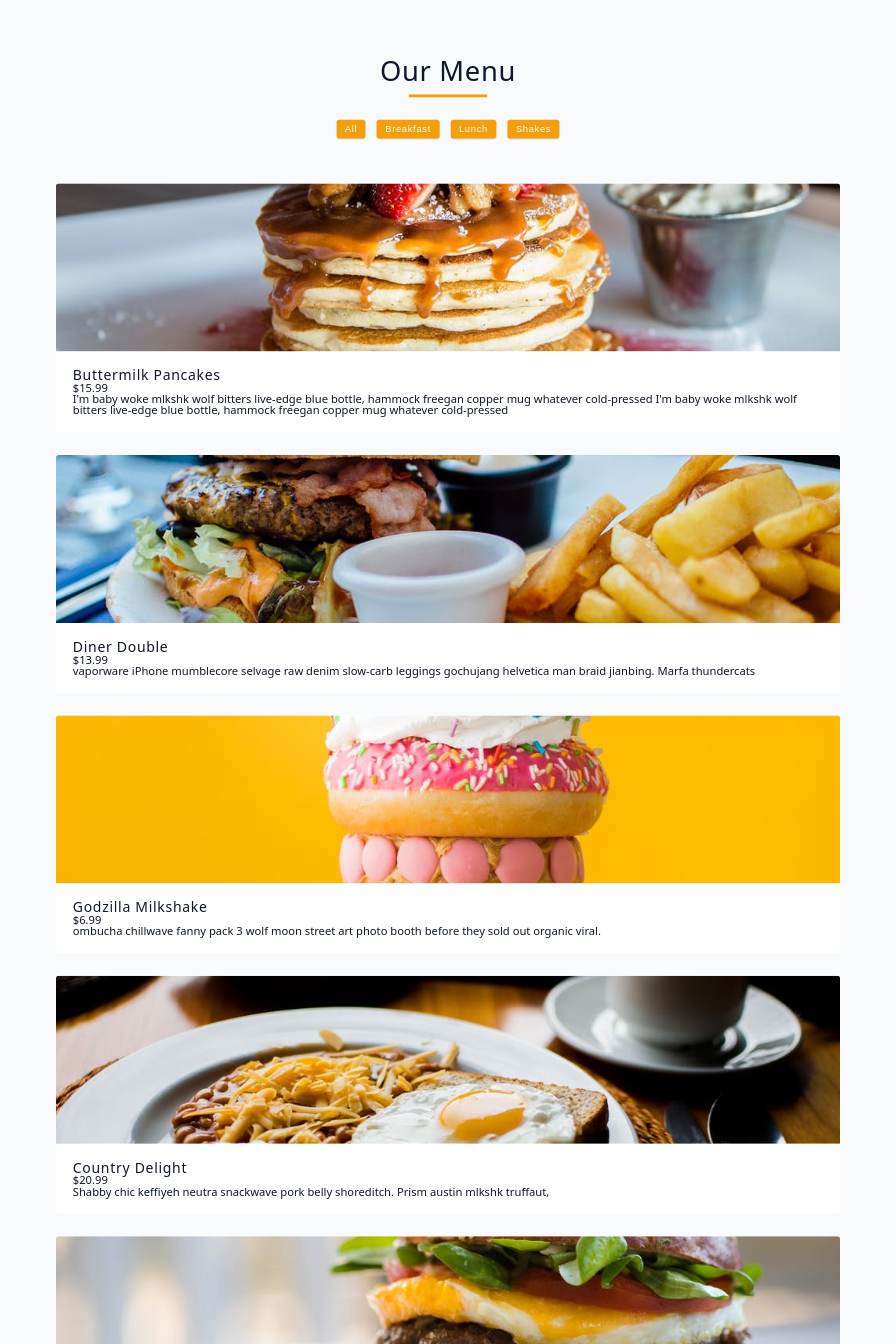
Repository: dydals3440/React-Projects
Page: / (app in 04-fundamental-projects/05-menu/starter/)
These files come from the project's save history. The page is drawn as it stood at one moment and after a run of saves; the edit follows.
The browser window is 1280 px wide. The pictures show the part of the page from y = 0 to 1920 px (the page is 3674 px tall before and 3530 px after), at 70% of full size.
The project was rebuilt for these pictures with package versions that can differ from the ones it lists, and the page was loaded fresh each time. Also part of the build but not shown: 04-fundamental-projects/05-menu/starter/vite.config.js.

Above is the page before, as saved 2023-09-07 13:57:49.

### 04-fundamental-projects/05-menu/starter/src/App.jsx
import { useState } from 'react';
import Title from './Title';
import menu from './data';
import Menu from './Menu';
import Categories from './Categories';

// const tempCategories = menu.map((item) => item.category);
// // 중복된 카테고리를 제외!
// const tempSet = new Set(tempCategories);
// const tempItems = ['all', ...tempSet];
// console.log(tempItems);

const allCategories = ['all', ...new Set(menu.map((item) => item.category))];

const App = () => {
  const [menuItems, setMenuItems] = useState(menu);
  const [categories, setCategories] = useState(allCategories);
  const filterItems = (category) => {
    if (category === 'all') {
      setMenuItems(menu);
      return;
    }
    const newItems = menu.filter((item) => item.category === category);
    setMenuItems(newItems);
  };

  return (
    <main>
      <section className='menu'>
        <Title text='our menu' />
        <Categories categories={categories} filterItems={filterItems} />
        <Menu items={menuItems} />
      </section>
    </main>
  );
};
export default App;

### 04-fundamental-projects/05-menu/starter/src/index.css
/* ============= GLOBAL CSS =============== */

*,
::after,
::before {
  margin: 0;
  padding: 0;
  box-sizing: border-box;
}

html {
  font-size: 100%;
} /*16px*/

:root {
  /* colors */
  --primary-100: #fef3c7;
  --primary-200: #fde68a;
  --primary-300: #fcd34d;
  --primary-400: #fbbf24;
  --primary-500: #f59e0b;
  --primary-600: #d97706;
  --primary-700: #b45309;
  --primary-800: #92400e;
  --primary-900: #78350f;

  /* grey */
  --grey-50: #f8fafc;
  --grey-100: #f1f5f9;
  --grey-200: #e2e8f0;
  --grey-300: #cbd5e1;
  --grey-400: #94a3b8;
  --grey-500: #64748b;
  --grey-600: #475569;
  --grey-700: #334155;
  --grey-800: #1e293b;
  --grey-900: #0f172a;
  /* rest of the colors */
  --black: #222;
  --white: #fff;
  --red-light: #f8d7da;
  --red-dark: #842029;
  --green-light: #d1e7dd;
  --green-dark: #0f5132;

  --small-text: 0.875rem;
  --extra-small-text: 0.7em;
  /* rest of the vars */
  --backgroundColor: var(--grey-50);
  --textColor: var(--grey-900);
  --borderRadius: 0.25rem;
  --letterSpacing: 1px;
  --transition: 0.3s ease-in-out all;
  --max-width: 1120px;
  --fixed-width: 600px;

  /* box shadow*/
  --shadow-1: 0 1px 3px 0 rgba(0, 0, 0, 0.1), 0 1px 2px 0 rgba(0, 0, 0, 0.06);
  --shadow-2: 0 4px 6px -1px rgba(0, 0, 0, 0.1),
    0 2px 4px -1px rgba(0, 0, 0, 0.06);
  --shadow-3: 0 10px 15px -3px rgba(0, 0, 0, 0.1),
    0 4px 6px -2px rgba(0, 0, 0, 0.05);
  --shadow-4: 0 20px 25px -5px rgba(0, 0, 0, 0.1),
    0 10px 10px -5px rgba(0, 0, 0, 0.04);
}

body {
  background: var(--backgroundColor);
  font-family: system-ui, -apple-system, BlinkMacSystemFont, 'Segoe UI', Roboto,
    Oxygen, Ubuntu, Cantarell, 'Open Sans', 'Helvetica Neue', sans-serif;
  font-weight: 400;
  line-height: 1;
  color: var(--textColor);
}
p {
  margin: 0;
}
h1,
h2,
h3,
h4,
h5 {
  margin: 0;
  font-family: var(--headingFont);
  font-weight: 400;
  line-height: 1;
  text-transform: capitalize;
  letter-spacing: var(--letterSpacing);
}

h1 {
  font-size: 3.052rem;
}

h2 {
  font-size: 2.441rem;
}

h3 {
  font-size: 1.953rem;
}

h4 {
  font-size: 1.563rem;
}

h5 {
  font-size: 1.25rem;
}

.text {
  margin-bottom: 1.5rem;
  max-width: 40em;
}

small,
.text-small {
  font-size: var(--small-text);
}

a {
  text-decoration: none;
}
ul {
  list-style-type: none;
  padding: 0;
}

.img {
  width: 100%;
  display: block;
  object-fit: cover;
}
/* buttons */

.btn {
  cursor: pointer;
  color: var(--white);
  background: var(--primary-500);
  border: transparent;
  border-radius: var(--borderRadius);
  letter-spacing: var(--letterSpacing);
  padding: 0.375rem 0.75rem;
  box-shadow: var(--shadow-1);
  transition: var(--transition);
  text-transform: capitalize;
  display: inline-block;
}
.btn:hover {
  background: var(--primary-700);
  box-shadow: var(--shadow-3);
}
.btn-hipster {
  color: var(--primary-500);
  background: var(--primary-200);
}
.btn-hipster:hover {
  color: var(--primary-200);
  background: var(--primary-700);
}
.btn-block {
  width: 100%;
}

/* alerts */
.alert {
  padding: 0.375rem 0.75rem;
  margin-bottom: 1rem;
  border-color: transparent;
  border-radius: var(--borderRadius);
}

.alert-danger {
  color: var(--red-dark);
  background: var(--red-light);
}
.alert-success {
  color: var(--green-dark);
  background: var(--green-light);
}
/* form */

.form {
  width: 90vw;
  max-width: var(--fixed-width);
  background: var(--white);
  border-radius: var(--borderRadius);
  box-shadow: var(--shadow-2);
  padding: 2rem 2.5rem;
  margin: 3rem auto;
}
.form-label {
  display: block;
  font-size: var(--small-text);
  margin-bottom: 0.5rem;
  text-transform: capitalize;
  letter-spacing: var(--letterSpacing);
}
.form-input,
.form-textarea {
  width: 100%;
  padding: 0.375rem 0.75rem;
  border-radius: var(--borderRadius);
  background: var(--backgroundColor);
  border: 1px solid var(--grey-200);
}

.form-row {
  margin-bottom: 1rem;
}

.form-textarea {
  height: 7rem;
}
::placeholder {
  font-family: inherit;
  color: var(--grey-400);
}
.form-alert {
  color: var(--red-dark);
  letter-spacing: var(--letterSpacing);
  text-transform: capitalize;
}
/* alert */

@keyframes spinner {
  to {
    transform: rotate(360deg);
  }
}

.loading {
  width: 6rem;
  height: 6rem;
  border: 5px solid var(--grey-400);
  border-radius: 50%;
  border-top-color: var(--primary-500);
  animation: spinner 0.6s linear infinite;
  margin: 0 auto;
}

/* title */

.title {
  text-align: center;
}

.title-underline {
  background: var(--primary-500);
  width: 7rem;
  height: 0.25rem;
  margin: 0 auto;
  margin-top: 1rem;
}
/* ============= PROJECT CSS =============== */
.menu {
  padding: 5rem 0;
}

.btn-container {
  margin: 2rem 0 4rem 0;
  display: flex;
  justify-content: center;
  flex-wrap: wrap;
  gap: 1rem;
}

.section-center {
  width: 90vw;
  margin: 0 auto;
  max-width: var(--max-width);
  display: grid;
  gap: 2rem;
}

.menu-item {
  background: var(--white);
  border-radius: var(--borderRadius);
}

.menu-item .img {
  height: 15rem;
  border-top-right-radius: var(--borderRadius);
  border-top-left-radius: var(--borderRadius);
}

.item-info {
  padding: 1.5rem;
}

### 04-fundamental-projects/05-menu/starter/src/Title.jsx
function Title({ text }) {
  return (
    <div className='title'>
      <h2>{text || 'Default Title'}</h2>
      <div className='title-underline'></div>
    </div>
  );
}

export default Title;

### 04-fundamental-projects/05-menu/starter/src/data.js
const menu = [
  {
    id: 1,
    title: 'buttermilk pancakes',
    category: 'breakfast',
    price: 15.99,
    img: '/images/item-1.jpeg',
    desc: `I'm baby woke mlkshk wolf bitters live-edge blue bottle, hammock freegan copper mug whatever cold-pressed I'm baby woke mlkshk wolf bitters live-edge blue bottle, hammock freegan copper mug whatever cold-pressed `,
  },
  {
    id: 2,
    title: 'diner double',
    category: 'lunch',
    price: 13.99,
    img: '/images/item-2.jpeg',
    desc: `vaporware iPhone mumblecore selvage raw denim slow-carb leggings gochujang helvetica man braid jianbing. Marfa thundercats `,
  },
  {
    id: 3,
    title: 'godzilla milkshake',
    category: 'shakes',
    price: 6.99,
    img: '/images/item-3.jpeg',
    desc: `ombucha chillwave fanny pack 3 wolf moon street art photo booth before they sold out organic viral.`,
  },
  {
    id: 4,
    title: 'country delight',
    category: 'breakfast',
    price: 20.99,
    img: '/images/item-4.jpeg',
    desc: `Shabby chic keffiyeh neutra snackwave pork belly shoreditch. Prism austin mlkshk truffaut, `,
  },
  {
    id: 5,
    title: 'egg attack',
    category: 'lunch',
    price: 22.99,
    img: '/images/item-5.jpeg',
    desc: `franzen vegan pabst bicycle rights kickstarter pinterest meditation farm-to-table 90's pop-up `,
  },
  {
    id: 6,
    title: 'oreo dream',
    category: 'shakes',
    price: 18.99,
    img: '/images/item-6.jpeg',
    desc: `Portland chicharrones ethical edison bulb, palo santo craft beer chia heirloom iPhone everyday`,
  },
  {
    id: 7,
    title: 'bacon overflow',
    category: 'breakfast',
    price: 8.99,
    img: '/images/item-7.jpeg',
    desc: `carry jianbing normcore freegan. Viral single-origin coffee live-edge, pork belly cloud bread iceland put a bird `,
  },
  {
    id: 8,
    title: 'american classic',
    category: 'lunch',
    price: 12.99,
    img: '/images/item-8.jpeg',
    desc: `on it tumblr kickstarter thundercats migas everyday carry squid palo santo leggings. Food truck truffaut  `,
  },
  {
    id: 9,
    title: 'quarantine buddy',
    category: 'shakes',
    price: 16.99,
    img: '/images/item-9.jpeg',
    desc: `skateboard fam synth authentic semiotics. Live-edge lyft af, edison bulb yuccie crucifix microdosing.`,
  },
];
export default menu;

### 04-fundamental-projects/05-menu/starter/src/Menu.jsx
import MenuItem from './MenuItem';

const Menu = ({ items }) => {
  return (
    <div className='section-center'>
      {items.map((menuItem) => {
        return <MenuItem key={menuItem.id} {...menuItem} />;
      })}
    </div>
  );
};

export default Menu;

### 04-fundamental-projects/05-menu/starter/src/Categories.jsx
const Categories = ({ categories, filterItems }) => {
  return (
    <div className='btn-container'>
      {categories.map((category) => {
        return (
          <button
            type='button'
            className='btn'
            key={category}
            // 카테고리를 통과해야하기 떄문에 화살표함수 기능을 제공해야함.
            onClick={() => filterItems(category)}
          >
            {category}
          </button>
        );
      })}
    </div>
  );
};

export default Categories;

### 04-fundamental-projects/05-menu/starter/src/MenuItem.jsx
const MenuItem = ({ img, title, price, desc }) => {
  return (
    <article className='menu-item'>
      <img src={img} alt={title} className='img' />
      <div className='item-info'>
        <header>
          <h5>{title}</h5>
          <span className='item-price'>${price}</span>
        </header>
        <p className='item-text'>{desc}</p>
      </div>
    </article>
  );
};

export default MenuItem;

Loaded but not shown: 04-fundamental-projects/05-menu/starter/index.html (common file); 04-fundamental-projects/05-menu/starter/src/main.jsx (common file)

After the next 2 saves:
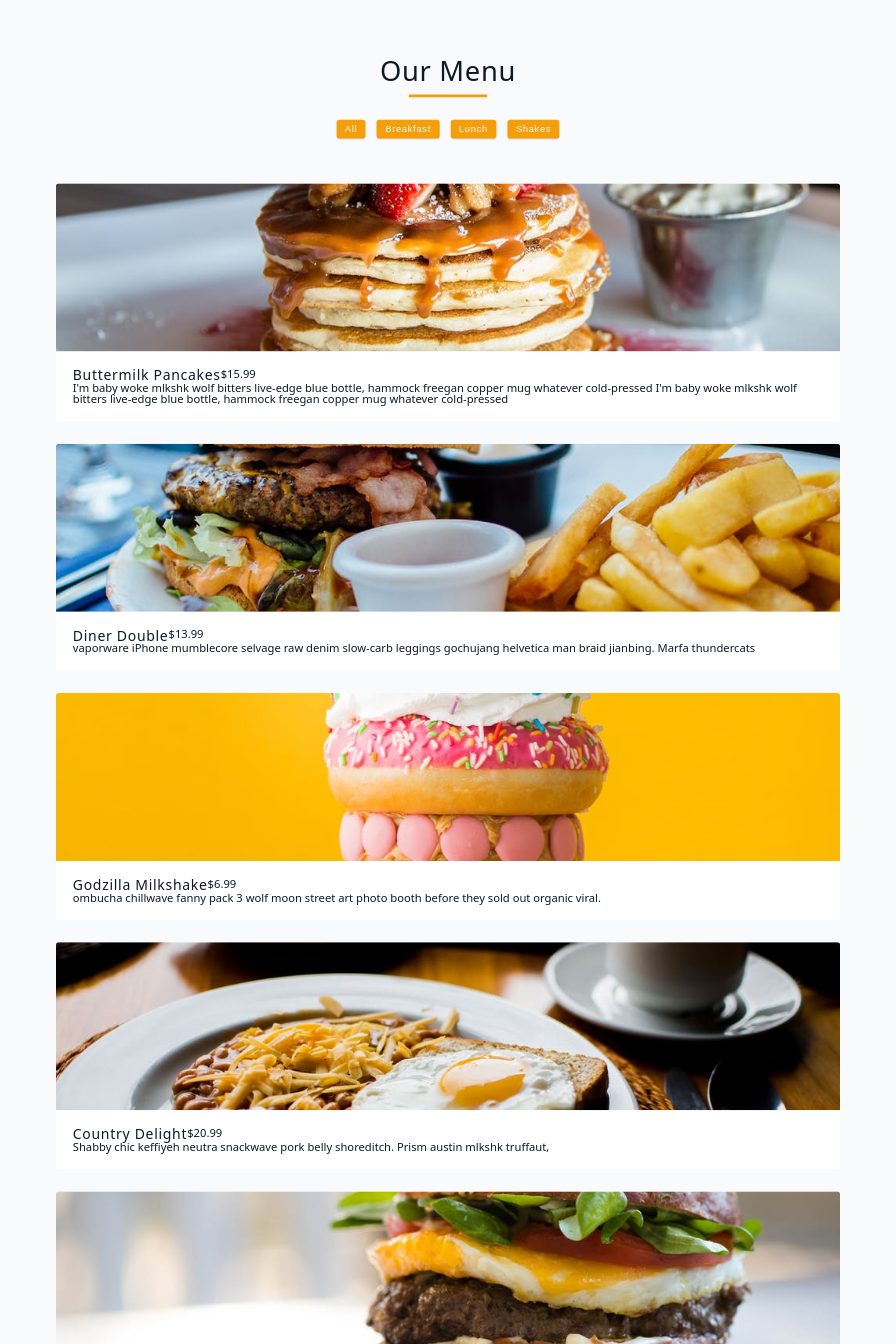
The 2 saves are shown as one change because they came seconds apart.
The last was saved 25 s later.
--- a/04-fundamental-projects/05-menu/starter/src/index.css
+++ b/04-fundamental-projects/05-menu/starter/src/index.css
@@ -287,3 +287,7 @@ ul {
 .item-info {
   padding: 1.5rem;
 }
+
+.item-info header {
+  display: flex;
+}
